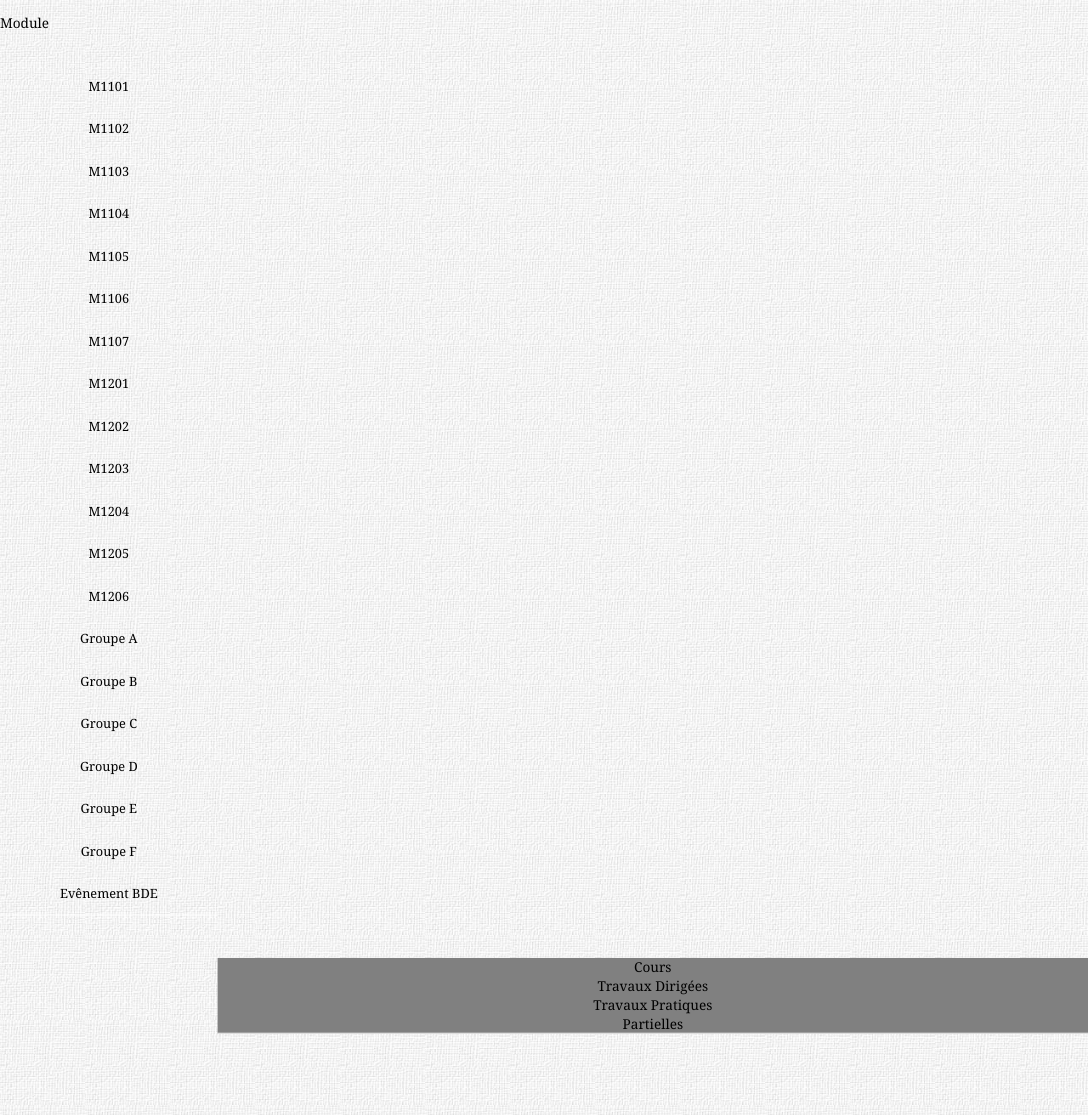
Repository: ValentinArg/PETUT
Page: http://localhost/PETUT/WEB-INF/jsp/eleve/semestre1.jsp
The author's editor kept a copy of each file at every save. The page is drawn from the files as they stood at one save, then again after the next save.
The browser window is 1280 px wide. The pictures show the whole page, at 85% of full size.
Some web libraries are served in a nearby version. The page is served by Tomcat 9. Nobody is signed in. The template is opened directly, without the code that normally fills it, so the values that code supplies are empty.

Above is the page before, as saved 2016-10-01 16:18:09.

After the next save:
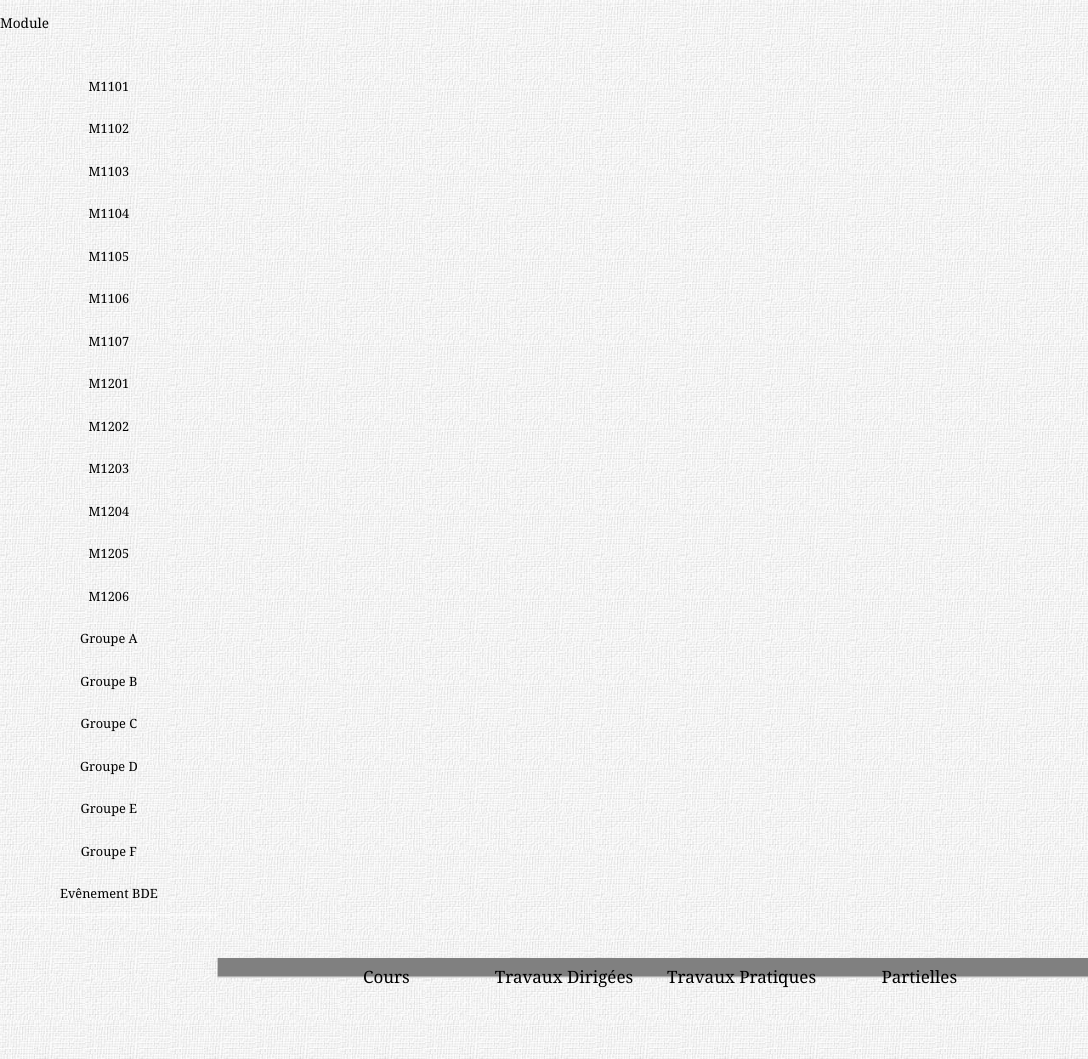
Saved 16 s later.
--- a/PETUT/WebContent/WEB-INF/jsp/eleve/semestre1.jsp
+++ b/PETUT/WebContent/WEB-INF/jsp/eleve/semestre1.jsp
@@ -38,10 +38,10 @@
 	</div>
 	<div class="conteneurGeneral">
 		<ul class="selection" id="selection">
-			<li class="partie"><a>Cours</a></li>
-			<li class="partie"><a>Travaux Dirigées</a></li>
-			<li class="partie"><a>Travaux Pratiques</a></li>
-			<li class="partie"><a>Partielles</a></li>
+			<li class=" type"><a>Cours</a></li>
+			<li class="type"><a>Travaux Dirigées</a></li>
+			<li class="type"><a>Travaux Pratiques</a></li>
+			<li class="type"><a>Partielles</a></li>
 		</ul>
 	</div>
 
